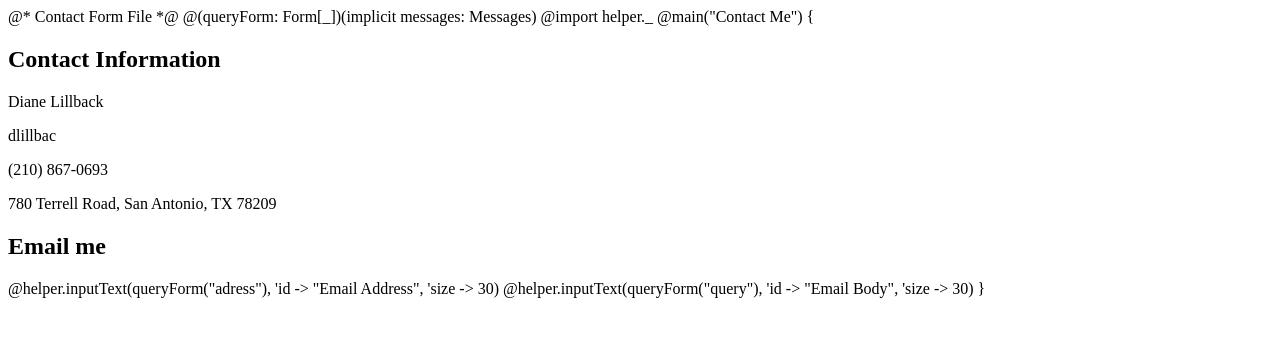
Repository: arthurfeeney/Interior-Design
Page: server/app/views/contact.scala.html
An editor plug-in stored every save of this project. The page is shown before and after the next save, followed by the edit.
The browser window is 1280 px wide. The pictures show the whole page.

Above is the page before, as saved 2019-03-31 20:04:12.

### server/app/views/contact.scala.html
@* Contact Form File *@
@(queryForm: Form[_])(implicit messages: Messages)

@import helper._

@main("Contact Me") {
<h2> Contact Information</h2>
<p>
  Diane Lillback
</p>
<p>
  dlillbac
</p>
<p>
  (210) 867-0693
</p>
<p>
  780 Terrell Road, San Antonio, TX 78209
</p>

<h2> Email me</h2>


@helper.inputText(queryForm("adress"), 'id -> "Email Address", 'size -> 30)
@helper.inputText(queryForm("query"), 'id -> "Email Body", 'size -> 30)

}

After the next save:
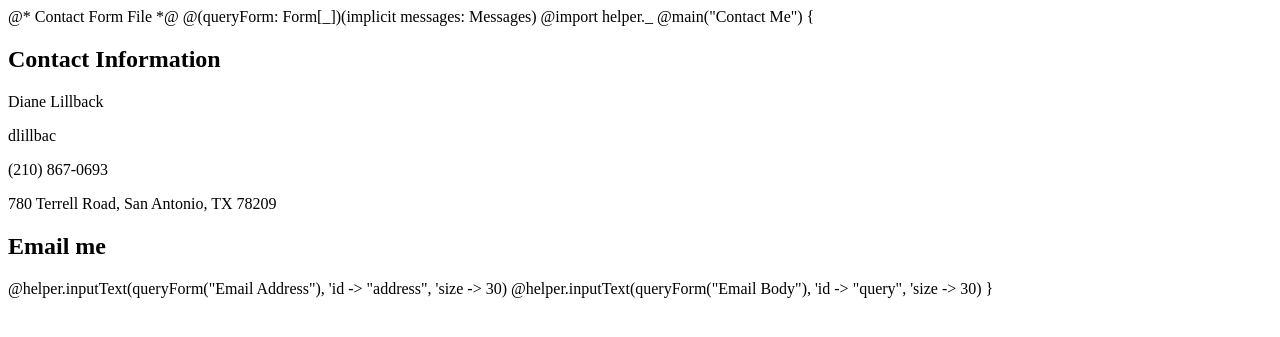
Saved 26 s later.
--- a/server/app/views/contact.scala.html
+++ b/server/app/views/contact.scala.html
@@ -21,7 +21,7 @@
 <h2> Email me</h2>
 
 
-@helper.inputText(queryForm("adress"), 'id -> "Email Address", 'size -> 30)
-@helper.inputText(queryForm("query"), 'id -> "Email Body", 'size -> 30)
+@helper.inputText(queryForm("Email Address"), 'id -> "address", 'size -> 30)
+@helper.inputText(queryForm("Email Body"), 'id -> "query", 'size -> 30)
 
 }
